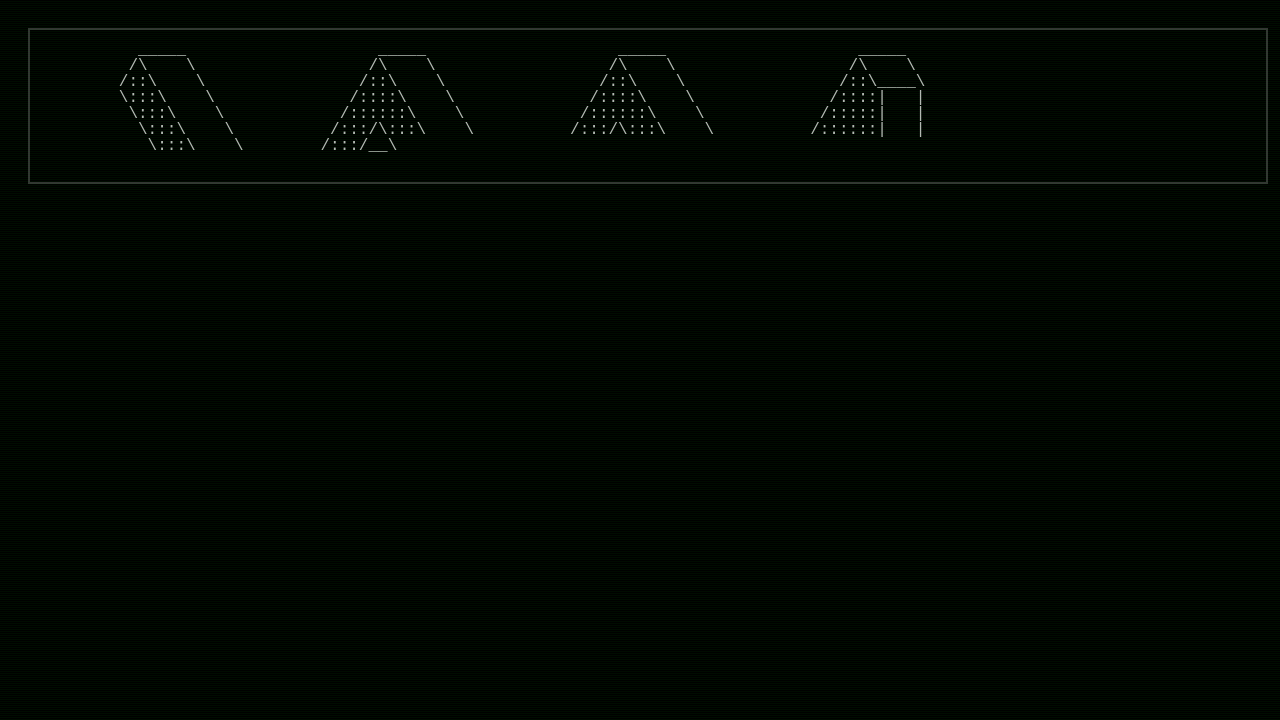
Repository: Iban-del/PortFolio
Page: /
The author's editor kept a copy of each file at every save. The page is drawn from the files as they stood at one save, then again after the next save.
The browser window is 1280 px wide. The pictures show the whole page.
The project was rebuilt for these pictures with package versions that can differ from the ones it lists, and the page was loaded fresh each time. Also part of the build but not shown: vite.config.ts.

Above is the page before, as saved 2025-08-30 21:22:13.

### src/index.css
@import "tailwindcss";

html{
  background-color: rgb(0, 0, 0);
  color: black;
  position: relative;
  color: rgb(184, 184, 184);
}

html::before{
  top: 0;
  left: 0;
  width: 100%;
  height: 100%;
  position: fixed;
  background: repeating-linear-gradient(transparent,transparent 1px, rgba(0, 255, 0, 0.05) 1px, rgba(0, 255, 0, 0.05) 2px);
  content: '';
  pointer-events: none;
  z-index: 9999;
}

.border-gray{border-color: #333;}

### src/App.tsx
import Main from "./pages/Main"

function App() {
  return <>
    <Main/>
  </>
}

export default App

### src/pages/Main.tsx
import Panel from "../component/Panel/Panel"
import Pre from "../component/Pre"


const Main = ({

}) =>{

    return (
        <section className=" grid grid-cols-1 grid-rows-3 p-5">
            <header>
                <Panel>
                    <Pre content={"          _____                    _____                    _____                    _____          \n         /\\    \\                  /\\    \\                  /\\    \\                  /\\    \\         \n        /::\\    \\                /::\\    \\                /::\\    \\                /::\\____\\        \n        \\:::\\    \\              /::::\\    \\              /::::\\    \\              /::::|   |        \n         \\:::\\    \\            /::::::\\    \\            /::::::\\    \\            /:::::|   |        \n          \\:::\\    \\          /:::/\\:::\\    \\          /:::/\\:::\\    \\          /::::::|   |        \n           \\:::\\    \\        /:::/__\\"}/>
                </Panel>
            </header>
            <main>

            </main>
            <footer>

            </footer>
        </section>
    )
}

export default Main

### src/component/Panel/Panel.tsx
import { useRef, type JSX } from "react"

interface panel{
    children:JSX.Element|JSX.Element[]|string|undefined
}

const Panel = ({
    children
}:panel) =>{

    const ref = useRef<HTMLDivElement>(null)

    return (
        <div
            ref={ref}
            className="w-full h-full m-2 p-1 border-2 border-gray"
        >
            {children}
        </div>
    )
}

export default Panel

### src/component/Pre.tsx

interface pre{
    content:string
}

const Pre = ({
    content
}:pre) =>{

    return (
        <pre className="m-2 text-[8px] md:text-[16px] leading-2 md:leading-4 w-fit  font-[monospace] ">
            {content}
        </pre>
    )
}

export default Pre

Loaded but not shown: index.html (common file); src/main.tsx (common file)

After the next save:
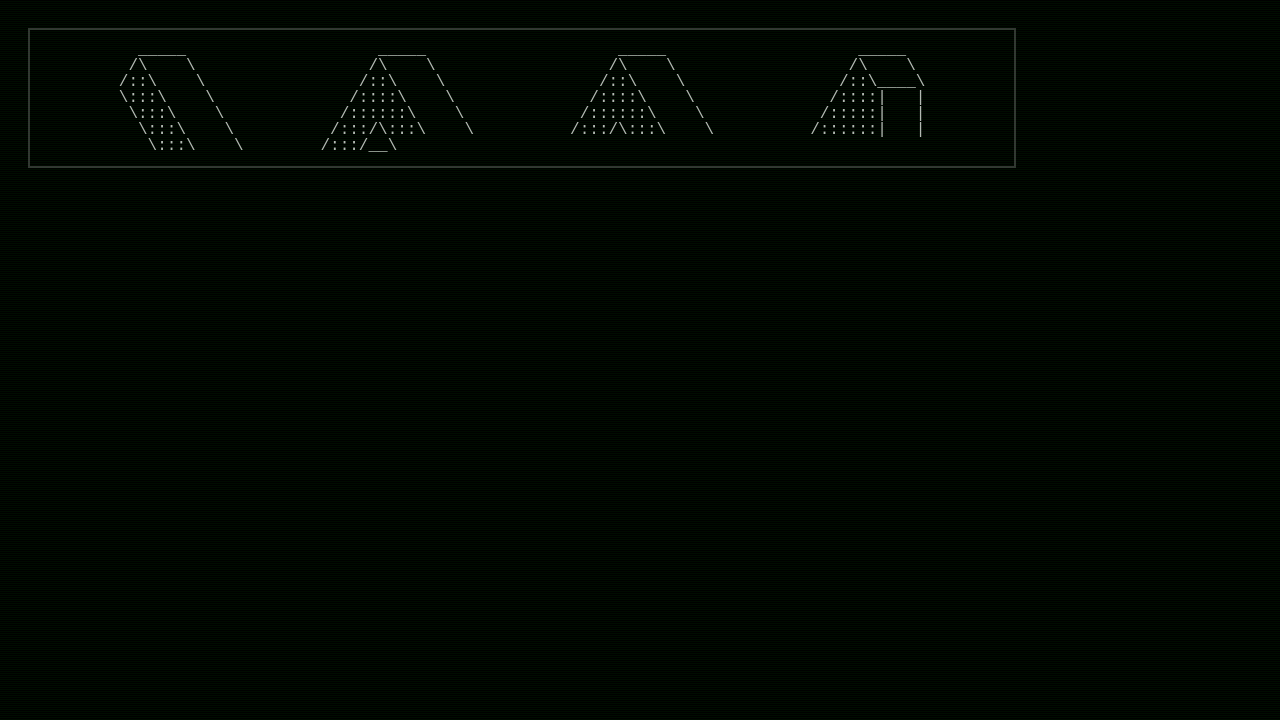
Saved 15 s later.
--- a/src/component/Panel/Panel.tsx
+++ b/src/component/Panel/Panel.tsx
@@ -13,7 +13,7 @@
     return (
         <div
             ref={ref}
-            className="w-full h-full m-2 p-1 border-2 border-gray"
+            className="w-fit h-fit m-2 p-1 border-2 border-gray"
         >
             {children}
         </div>
